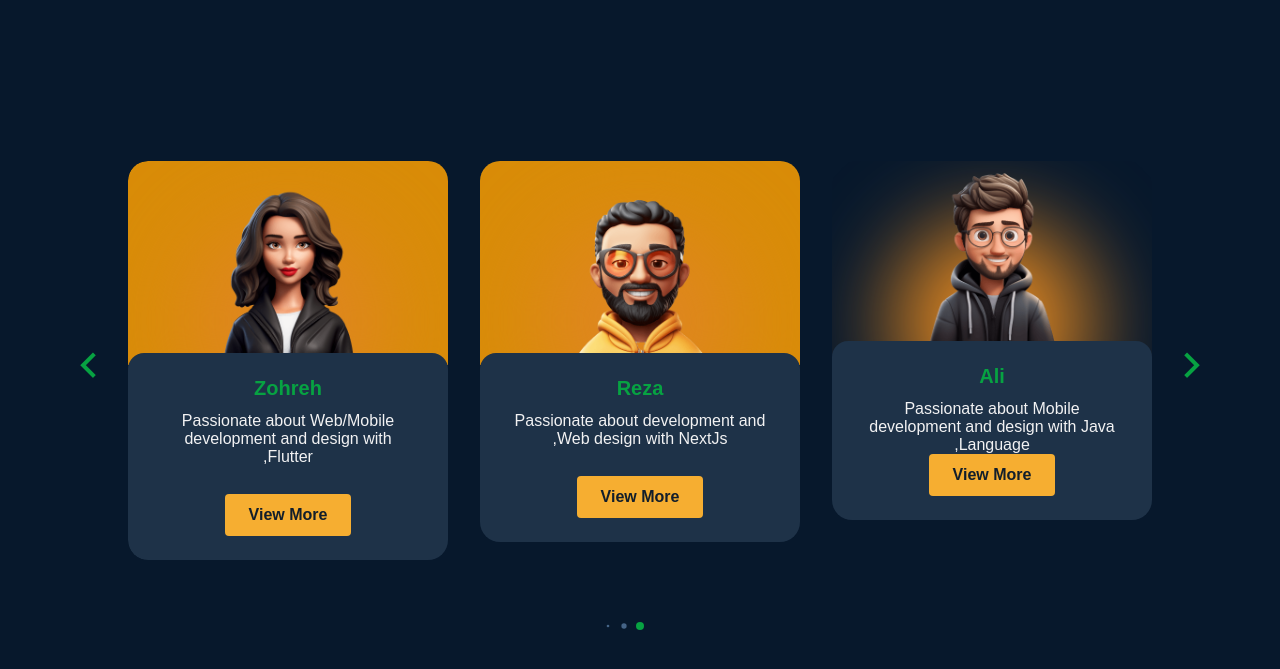
Repository: soroush-g/Card-Slider
Page: index.html
An editor plug-in stored every save of this project. The page is shown before and after the next save, followed by the edit.
The browser window is 1280 px wide. The pictures show the whole page.
Some web fonts or font styles are not loaded; a fallback is used.

Above is the page before, as saved 2024-07-22 11:25:41.

### index.html
<!DOCTYPE html>
<html dir="rtl" lang="fa">
<head>
    <meta charset="UTF-8">
    <meta name="viewport" content="width=device-width, initial-scale=1.0">

        <!--=============== REMIXICONS ===============-->
        <link rel="stylesheet" href="https://cdnjs.cloudflare.com/ajax/libs/remixicon/3.5.0/remixicon.css" crossorigin="">

        <!--=============== SWIPER CSS ===============-->
        <link rel="stylesheet" href="assets/css/swiper-bundle.min.css">

        <!--=============== CSS ===============-->
        <link rel="stylesheet" href="assets/css/styles.css">
    <title>Card Slider</title>
</head>
<body>
    <section class="container">
        <div class="card__container swiper">
            <div class="card__content">
                <div class="swiper-wrapper">

                    <article class="card__article swiper-slide">
                        <div class="card_image">
                          <img src="assets/img/avatar-1.png" alt="image" class="card__img">
                          <div class="card__shadow"></div>
                        </div>

                        <div class="card__data">
                            <h3 class="card__name">Ali</h3>
                            <p class="card_description">
                                Passionate about Mobile development and design with Java Language,
                            </p>

                            <a href="#" class="card__button">View More</a>
                        </div>
                    </article>

                    <article class="card__article swiper-slide">
                        <div class="card__image">
                            <img src="assets/img/avatar-2.png" alt="image" class="card__img">
                            <div class="card__shadow"></div>
                        </div>
                        <div class="card__data">
                            <h3 class="card__name">Reza</h3>
                            <p class="card__description">
                               Passionate about development and Web design with NextJs,
                            </p>

                            <a href="#" class="card__button">View More</a>
                         </div>
                    </article>

                    <article class="card__article swiper-slide">
                        <div class="card__image">
                            <img src="assets/img/avatar-3.png" alt="image" class="card__img">
                            <div class="card__shadow"></div>
                        </div>
                        <div class="card__data">
                            <h3 class="card__name">Zohreh</h3>
                            <p class="card__description">
                               Passionate about  Web/Mobile development and design with Flutter,
                            </p>

                            <a href="#" class="card__button">View More</a>
                         </div>
                    </article>

                    <article class="card__article swiper-slide">
                        <div class="card__image">
                            <img src="assets/img/avatar-4.png" alt="image" class="card__img">
                            <div class="card__shadow"></div>
                        </div>
                        <div class="card__data">
                            <h3 class="card__name">Nastaran</h3>
                            <p class="card__description">
                               Passionate about Python Developer,
                            </p>

                            <a href="#" class="card__button">View More</a>
                         </div>
                    </article>

                    <article class="card__article swiper-slide">
                        <div class="card__image">
                            <img src="assets/img/avatar-5.png" alt="image" class="card__img">
                            <div class="card__shadow"></div>
                        </div>
                        <div class="card__data">
                            <h3 class="card__name">Mina</h3>
                            <p class="card__description">
                               Passionate about Scrum Master,
                            </p>

                            <a href="#" class="card__button">View More</a>
                         </div>
                    </article>
                </div>
            </div>

            <!-- Navigation buttons -->
             <div class="swiper-button-next">
                <i class="ri-arrow-right-s-line"></i>
             </div>

             <div class="swiper-button-prev">
                <i class="ri-arrow-left-s-line"></i>
             </div>

            <!-- Pagination -->
            <div class="swiper-pagination"></div>
        </div>
    </section>


      <!--=============== SWIPER JS ===============-->
      <script src="assets/js/swiper-bundle.min.js"></script>

      <!--=============== MAIN JS ===============-->
      <script src="assets/js/main.js"></script>
</body>
</html>

### assets/css/styles.css
/*=============== GOOGLE FONTS ===============*/
@import url("https://fonts.googleapis.com/css2?family=Bai+Jamjuree:wght@400;500;600&display=swap");

/*=============== VARIABLES CSS ===============*/
:root {
  /*========== Colors ==========*/
  /*Color mode HSL(hue, saturation, lightness)*/
  --first-color: hsl(38, 92%, 58%);
  --first-color-light: hsl(38, 93%, 44%);
  --first-color-alt: hsl(32, 75%, 50%);
  --second-color: hsl(143, 92%, 33%);
  --dark-color: hsl(212, 40%, 12%);
  --white-color: hsl(212, 4%, 95%);
  --body-color: hsl(212, 73%, 10%);
  --container-color: hsl(212, 42%, 20%);

  /*========== Font and typography ==========*/
  /*.5rem = 8px | 1rem = 16px ...*/
  --body-font: "Bai Jamjuree", sans-serif;
  --h2-font-size: 1.25rem;
  --normal-font-size: 1rem;
}

/*=============== BASE ===============*/
* {
  box-sizing: border-box;
  padding: 0;
  margin: 0;
}

body {
  font-family: var(--body-font);
  font-size: var(--normal-font-size);
  background-color: var(--body-color);
  color: var(--white-color);
}

a {
  text-decoration: none;
}

img {
  display: block;
  max-width: 100%;
  height: auto;
}

/*=============== CARD ===============*/
.container {
  display: flex;
  justify-content: center;
  align-items: center;
  height: 100vh;
}

.card__container {
  padding-block: 5rem;
}

.card__content {
  margin-inline: 1.75rem;
  border-radius: 1.25rem;
  overflow: hidden;
}

.card__article {
  width: 300px; /* Remove after adding swiper js */
  border-radius: 1.25rem;
  overflow: hidden;
}

.card__image {
  position: relative;
  background-color: var(--first-color-light);
  padding-top: 1.5rem;
  margin-bottom: -.75rem;
}

.card__data {
  background-color: var(--container-color);
  padding: 1.5rem 2rem;
  border-radius: 1rem;
  text-align: center;
  position: relative;
  z-index: 10;
}

.card__img {
  width: 180px;
  margin: 0 auto;
  position: relative;
  z-index: 5;
}

.card__shadow {
  width: 200px;
  height: 200px;
  background-color: var(--first-color-alt);
  border-radius: 50%;
  position: absolute;
  top: 3.75rem;
  left: 0;
  right: 0;
  margin-inline: auto;
  filter: blur(45px);
}

.card__name {
  font-size: var(--h2-font-size);
  color: var(--second-color);
  margin-bottom: .75rem;
}

.card__description {
  font-weight: 500;
  margin-bottom: 1.75rem;
}

.card__button {
  display: inline-block;
  background-color: var(--first-color);
  padding: .75rem 1.5rem;
  border-radius: .25rem;
  color: var(--dark-color);
  font-weight: 600;
}

/* Swiper class */
.swiper-button-prev:after,
.swiper-button-next:after {
  content: "";
}

.swiper-button-prev,
.swiper-button-next {
  width: initial;
  height: initial;
  font-size: 3rem;
  color: var(--second-color);
  display: none;
}

.swiper-button-prev {
  left: 0;
}

.swiper-button-next {
  right: 0;
}

.swiper-pagination-bullet {
  background-color: hsl(212, 32%, 40%);
  opacity: 1;
}

.swiper-pagination-bullet-active {
  background-color: var(--second-color);
}

/*=============== BREAKPOINTS ===============*/
/* For small devices */
@media screen and (max-width: 320px) {
  .card__data {
    padding: 1rem;
  }
}

/* For medium devices */
@media screen and (min-width: 768px) {
  .card__content {
    margin-inline: 3rem;
  }

  .swiper-button-next,
  .swiper-button-prev {
    display: block;
  }
}

/* For large devices */
@media screen and (min-width: 1120px) {
  .card__container {
    max-width: 1120px;
  }

  .swiper-button-prev {
    left: -1rem;
  }
  .swiper-button-next {
    right: -1rem;
  }
}

Loaded but not shown: assets/css/swiper-bundle.min.css (library); assets/js/swiper-bundle.min.js (library); assets/js/main.js (common file)

After the next save:
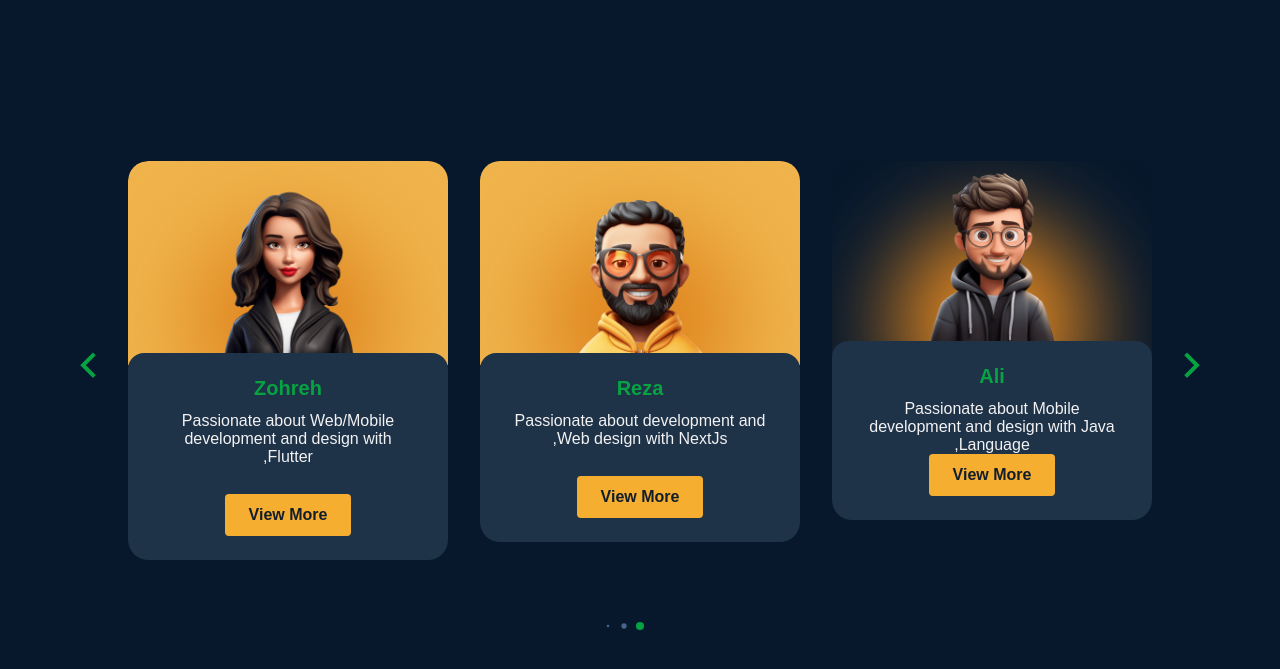
Saved 7 s later.
--- a/assets/css/styles.css
+++ b/assets/css/styles.css
@@ -6,7 +6,7 @@
   /*========== Colors ==========*/
   /*Color mode HSL(hue, saturation, lightness)*/
   --first-color: hsl(38, 92%, 58%);
-  --first-color-light: hsl(38, 93%, 44%);
+  --first-color-light: hsl(38, 85%, 62%);
   --first-color-alt: hsl(32, 75%, 50%);
   --second-color: hsl(143, 92%, 33%);
   --dark-color: hsl(212, 40%, 12%);
